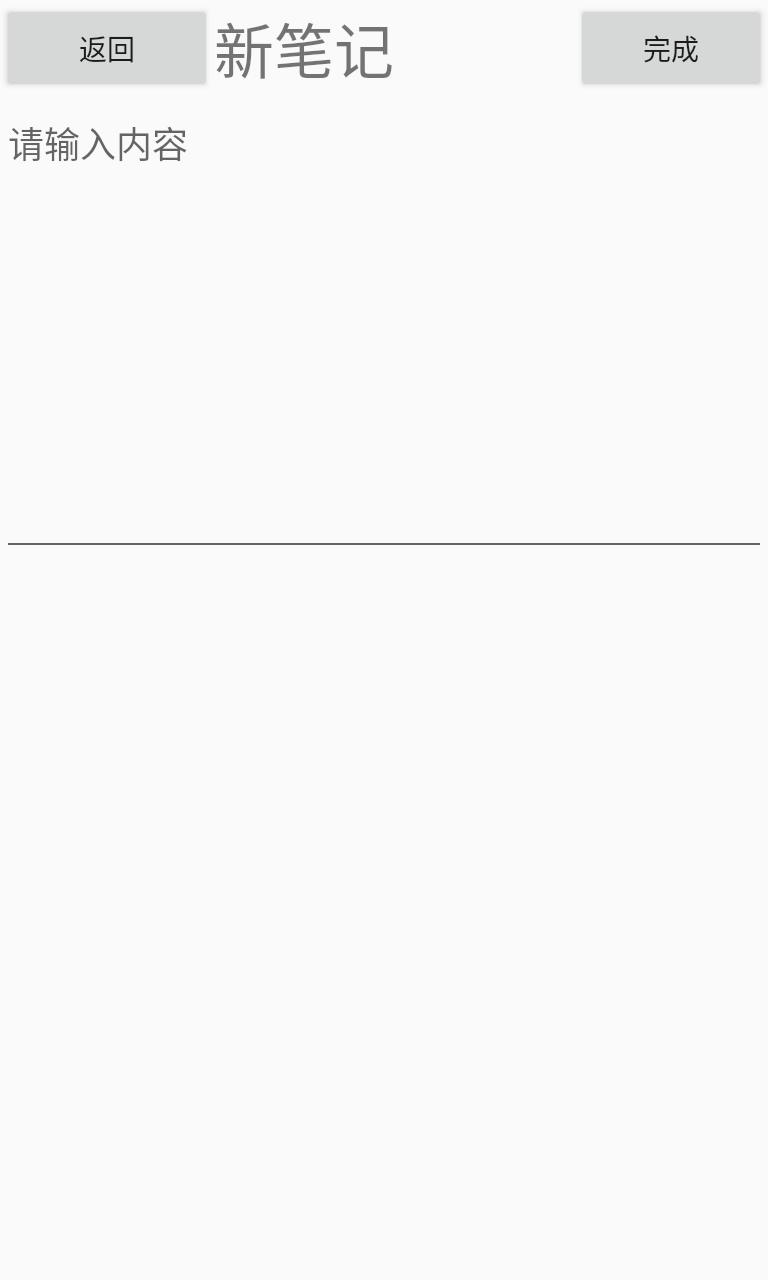
Repository: mxfpaul/Test
Layout: Note/MyNote2/res/layout/newnote.xml
An editor plug-in stored every save of this project. The layout is shown before and after the next save, followed by the edit.
It is drawn on a 768 x 1280 px phone screen (xhdpi) without system bars, with theme AppTheme; the app's code is not run.

Above is the layout before, as saved 2014-11-22 03:00:43.

### Note/MyNote2/res/layout/newnote.xml
<?xml version="1.0" encoding="utf-8"?>
<TableLayout xmlns:android="http://schemas.android.com/apk/res/android"
    android:layout_width="match_parent"
    android:layout_height="wrap_content"
    android:orientation="vertical" >

    <TableRow
        android:id="@+id/new_row1"
        android:layout_width="match_parent"
        android:layout_height="wrap_content"
        android:orientation="horizontal"
         >

        <Button
            android:id="@+id/new_button_setting"

            android:layout_weight="1"
            android:text="@string/new_button_text1" />

        <TextView
            android:id="@+id/new_textview_all"
            android:layout_width="wrap_content"
            android:layout_gravity="center"
            android:layout_weight="10"
            android:text="@string/new_textview_text"
            android:textSize="30sp" />

        <Button
            android:id="@+id/new_button_new"

            android:layout_weight="1"
            android:text="@string/new_button_text2" />
		<!--
        <TextView
            android:id="@+id/new_textview_all"
            android:layout_gravity="center"

            android:text="@string/new_textview_text"
            android:textSize="30sp" />

        <Button
            android:id="@+id/new_button_new"

            android:text="@string/new_button_text2" />
            -->
    </TableRow>

    <TableRow
        android:id="@+id/new_row2"
        android:layout_width="match_parent" >

        <EditText
            android:id="@+id/new_edittext_content"
            android:layout_width="match_parent"
            android:layout_height="wrap_content"
            android:layout_weight="1"
            android:gravity="top"
            android:hint="@string/new_edittext_text"
            android:lines="10" />
    </TableRow>

</TableLayout>

### Note/MyNote2/res/values/strings.xml
<?xml version="1.0" encoding="utf-8"?>
<resources>

    <string name="app_name">MyNote2</string>
    <string name="hello_world">Hello world!</string>
    <string name="action_settings">Settings</string>
    <string name="home_button_text1">设置</string>
    <string name="home_button_text2">新建</string>
    <string name="home_textview_text">全部笔记</string>
    <string name="new_button_text1">返回</string>
    <string name="new_button_text2">完成</string>
    <string name="new_textview_text">新笔记</string>
    <string name="view_button_text1">返回</string>
    <string name="view_button_text2">更改</string>
    <string name="view_textview_text">待录入</string>
    <string name="new_edittext_text">请输入内容</string>

</resources>

Loaded but not shown: Note/MyNote2/res/values/styles.xml (common file); Note/MyNote2/res/values-v11/styles.xml (common file); Note/MyNote2/res/values-v14/styles.xml (common file)

After the next save:
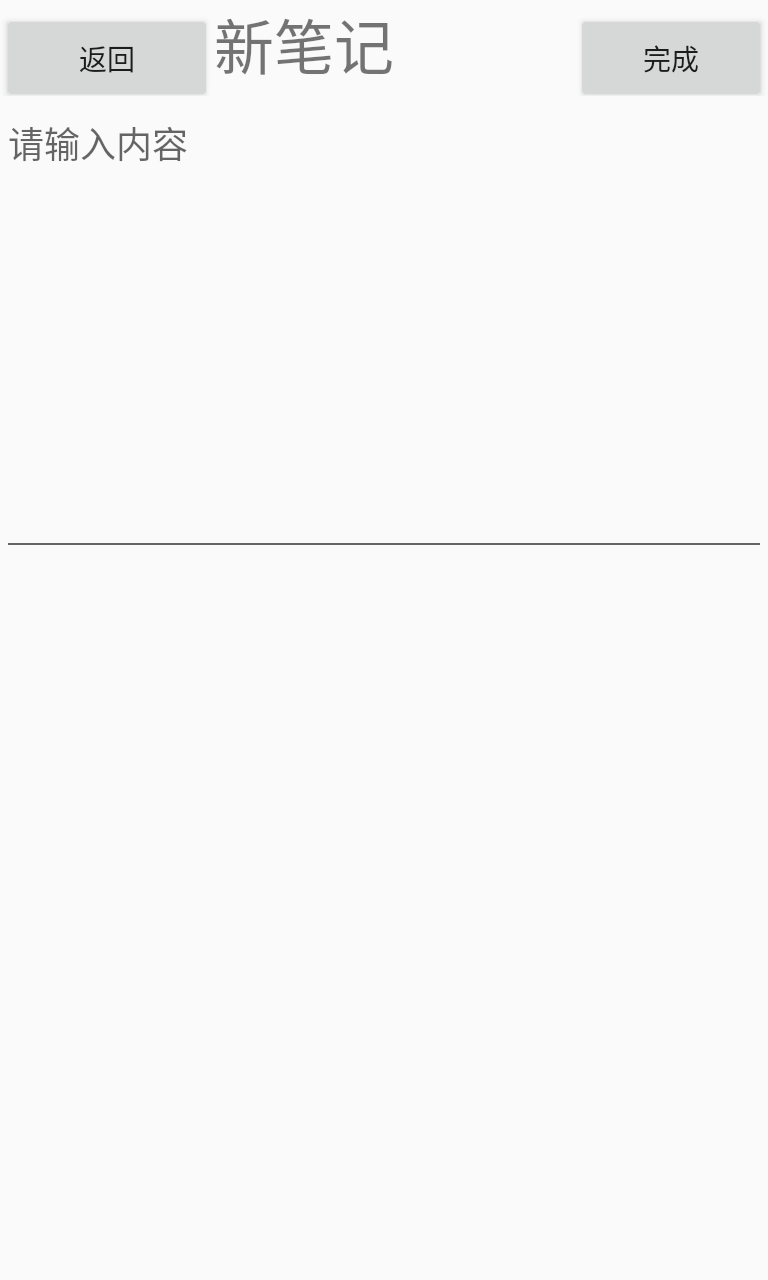
Saved 7 s later.
--- a/Note/MyNote2/res/layout/newnote.xml
+++ b/Note/MyNote2/res/layout/newnote.xml
@@ -20,7 +20,6 @@
         <TextView
             android:id="@+id/new_textview_all"
             android:layout_width="wrap_content"
-            android:layout_gravity="center"
             android:layout_weight="10"
             android:text="@string/new_textview_text"
             android:textSize="30sp" />

After the save that followed:
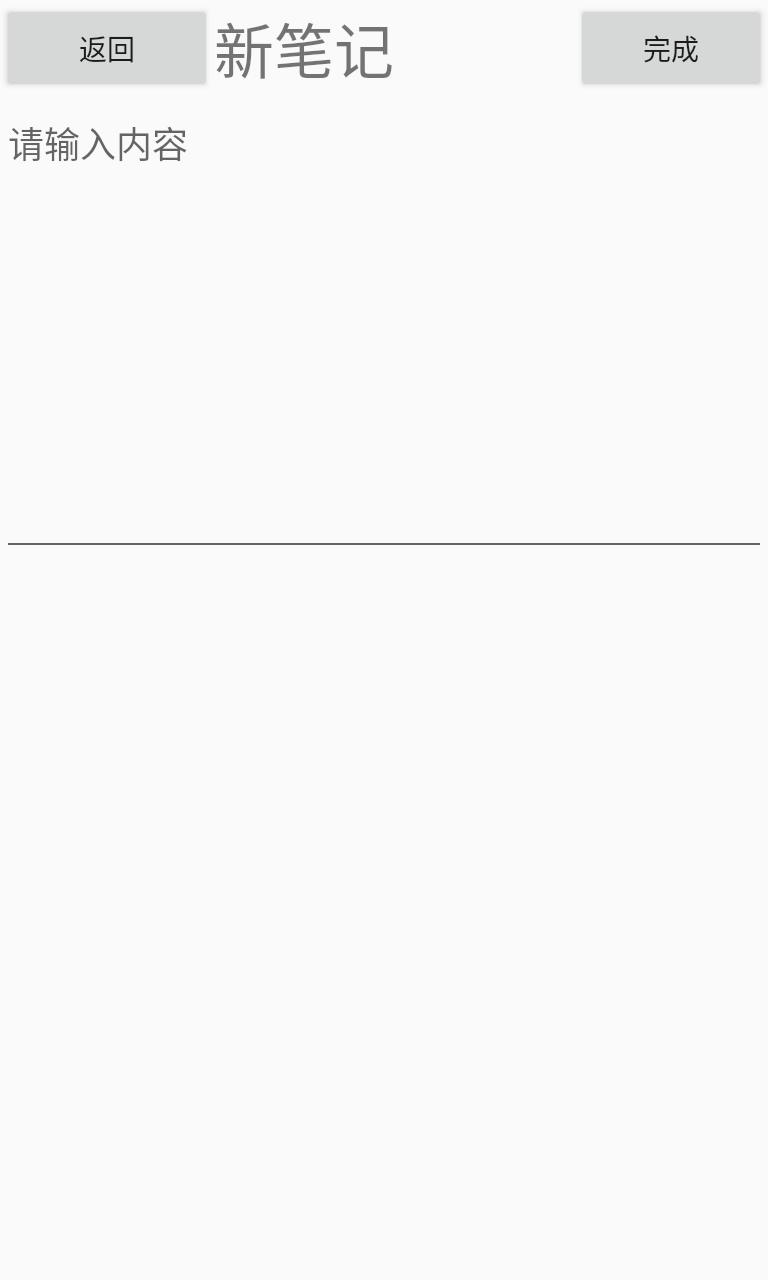
Saved 109 s later.
--- a/Note/MyNote2/res/layout/newnote.xml
+++ b/Note/MyNote2/res/layout/newnote.xml
@@ -20,6 +20,7 @@
         <TextView
             android:id="@+id/new_textview_all"
             android:layout_width="wrap_content"
+            android:layout_gravity="center"
             android:layout_weight="10"
             android:text="@string/new_textview_text"
             android:textSize="30sp" />
